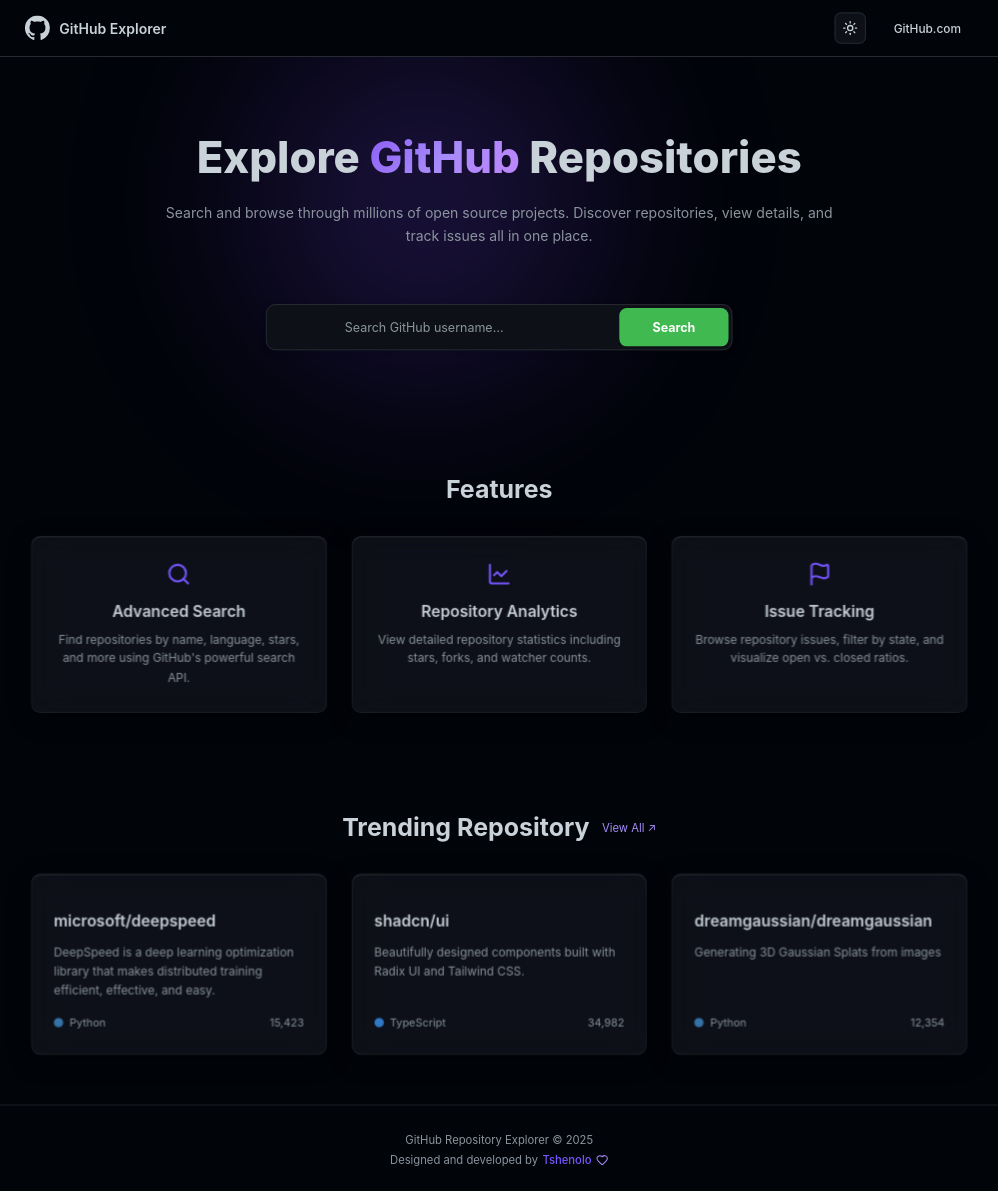
Repository: Tshenolo1994/username-repo
Page: /
An editor plug-in stored every save of this project. The page is shown before and after the next save, followed by the edit.
The browser window is 1280 px wide. The pictures show the whole page, at 78% of full size.
The project was rebuilt for these pictures with package versions that can differ from the ones it lists, and the page was loaded fresh each time. Also part of the build but not shown: vite.config.ts, src/views/RepoView.vue.

Above is the page before, as saved 2025-10-27 10:12:01.

### index.html
<!doctype html>
<html lang="en">
  <head>
    <meta charset="UTF-8" />
    <link rel="icon" type="image/svg+xml" href="/vite.svg" />
    <meta name="viewport" content="width=device-width, initial-scale=1.0" />
    <title>commit-explorer</title>
  </head>
  <body>
    <div id="app"></div>
    <script type="module" src="/src/main.ts"></script>
  </body>
</html>

### src/main.ts
import { createApp } from 'vue'
import { createPinia } from 'pinia'
import App from './App.vue'
import router from './router'
import './styles/theme.css'

createApp(App)
  .use(createPinia())
  .use(router)
  .mount('#app')

### src/App.vue
<!-- App.vue or Layout.vue -->
<script setup>
import Header from '@/components/Header.vue';
import Footer from '@/components/Footer.vue';
</script>

<template>
  <div id="app">
    <Header />
    <main>
      <router-view />
    </main>
    <Footer />
  </div>
</template>

### src/router/index.ts
import { createRouter, createWebHistory } from 'vue-router'
import HomeView from '@/views/HomeView.vue'
import RepoView from '@/views/RepoView.vue'

const router = createRouter({
  history: createWebHistory(),
  routes: [
    { path: '/', name: 'home', component: HomeView },
    { path: '/repos/:username', name: 'repos', component: RepoView, props: true },
  ],
  scrollBehavior: () => ({ top: 0 }),
})

export default router

### src/styles/theme.css
:root {

    --bg: #010409;
    --bg-elev: #0d1117;
    --border: #30363d;
    --text: #c9d1d9;
    --muted: #8b949e;
    --button-bg: #161b22;
    --button-accent: #3fb950;
    --link: #7656FE;
    --error-text: #ff7b72;
    --error-bg: rgba(248, 81, 73, 0.1);
    --empty-state-bg: rgba(13, 17, 23, 0.5);
  }

  html, body, #app {
    margin: 0;
    padding: 0;
    background: var(--bg);
    color: var(--text);
    font-family: 'Inter', system-ui, -apple-system, BlinkMacSystemFont, 'Segoe UI', sans-serif;
    transition: background 0.3s ease, color 0.3s ease;
  }

  * {
    box-sizing: border-box;
  }

  h1, h2, h3, h4, h5, h6 {
    line-height: 1.2;
    margin: 0;
  }

  p {
    margin: 0.25rem 0 0;
  }

  a {
    color: var(--link);
    text-decoration: none;
  }

  button {
    font-family: inherit;
    border: none;
    outline: none;
  }

  input, textarea, select {
    font-family: inherit;
  }

  .card {
    background: var(--bg-elev);
    border: 1px solid var(--border);
    border-radius: 0.75rem;
    padding: 1rem;
    box-shadow: 0 1px 2px rgba(0, 0, 0, 0.15);
  }

### src/components/Header.vue
<script setup lang="ts">
import { Sun, Moon } from 'lucide-vue-next';
import { useTheme } from '@/composables/useTheme';

const { isDark, toggleTheme } = useTheme();
</script>

<template>
  <header class="header">
    <div class="header-content">
      <div class="logo">
        <svg width="32" height="32" viewBox="0 0 16 16" fill="currentColor">
          <path d="M8 0C3.58 0 0 3.58 0 8c0 3.54 2.29 6.53 5.47 7.59.4.07.55-.17.55-.38 0-.19-.01-.82-.01-1.49-2.01.37-2.53-.49-2.69-.94-.09-.23-.48-.94-.82-1.13-.28-.15-.68-.52-.01-.53.63-.01 1.08.58 1.23.82.72 1.21 1.87.87 2.33.66.07-.52.28-.87.51-1.07-1.78-.2-3.64-.89-3.64-3.95 0-.87.31-1.59.82-2.15-.08-.2-.36-1.02.08-2.12 0 0 .67-.21 2.2.82.64-.18 1.32-.27 2-.27.68 0 1.36.09 2 .27 1.53-1.04 2.2-.82 2.2-.82.44 1.1.16 1.92.08 2.12.51.56.82 1.27.82 2.15 0 3.07-1.87 3.75-3.65 3.95.29.25.54.73.54 1.48 0 1.07-.01 1.93-.01 2.2 0 .21.15.46.55.38A8.013 8.013 0 0016 8c0-4.42-3.58-8-8-8z"/>
        </svg>
        <span class="logo-text">GitHub Explorer</span>
      </div>

      <nav class="nav">
        <button @click="toggleTheme" class="theme-toggle" :aria-label="isDark ? 'Switch to light mode' : 'Switch to dark mode'">
          <Sun v-if="isDark" :size="20" />
          <Moon v-else :size="20" />
        </button>
        <a href="https://github.com" target="_blank" rel="noreferrer" class="github-link">
          GitHub.com
        </a>
      </nav>
    </div>
  </header>
</template>

<style scoped>
.header {
  background: var(--bg);
  border-bottom: 1px solid var(--border);
  padding: 1rem 2rem;
  position: sticky;
  top: 0;
  z-index: 100;
  backdrop-filter: blur(8px);
  transition: background 0.3s, border-color 0.3s;
}

.header-content {
  max-width: 1400px;
  margin: 0 auto;
  display: flex;
  justify-content: space-between;
  align-items: center;
}

.logo {
  display: flex;
  align-items: center;
  gap: 0.75rem;
  color: var(--text);
  font-weight: 600;
  font-size: 1.125rem;
  cursor: pointer;
  transition: color 0.2s;
}

.logo:hover {
  color: var(--link);
}

.logo svg {
  flex-shrink: 0;
}

.logo-text {
  font-weight: 600;
}

.nav {
  display: flex;
  align-items: center;
  gap: 1.25rem;
}

.theme-toggle {
  background: var(--bg-elev);
  border: 1px solid var(--border);
  border-radius: 8px;
  width: 40px;
  height: 40px;
  display: flex;
  align-items: center;
  justify-content: center;
  cursor: pointer;
  color: var(--text);
  transition: all 0.2s;
}

.theme-toggle:hover {
  background: var(--border);
  transform: rotate(15deg);
}

.github-link {
  color: var(--text);
  text-decoration: none;
  font-size: 0.95rem;
  font-weight: 500;
  padding: 0.5rem 1rem;
  border-radius: 6px;
  transition: all 0.2s;
}

.github-link:hover {
  color: var(--link);
  background: var(--bg-elev);
}

@media (max-width: 640px) {
  .header {
    padding: 1rem;
  }

  .logo-text {
    display: none;
  }
}
</style>

### src/components/Footer.vue
<script setup lang="ts">
import { Heart } from 'lucide-vue-next';

const currentYear = new Date().getFullYear();
</script>

<template>
  <footer class="footer">
    <div class="footer-content">
      <p class="footer-text">
        GitHub Repository Explorer © {{ currentYear }}
      </p>
      <p class="footer-credits">
        Designed and developed by <a href="#" class="footer-link">Tshenolo</a>
        <Heart :size="16" class="heart-icon" />
      </p>
    </div>
  </footer>
</template>

<style scoped>
.footer {
  background: var(--bg);
  border-top: 1px solid var(--border);
  padding: 2rem;
  margin-top: auto;
  transition: background 0.3s, border-color 0.3s;
}

.footer-content {
  max-width: 1400px;
  margin: 0 auto;
  text-align: center;
}

.footer-text {
  color: var(--muted);
  font-size: 0.9rem;
  margin-bottom: 0.5rem;
}

.footer-credits {
  color: var(--muted);
  font-size: 0.9rem;
  margin: 0;
  display: flex;
  align-items: center;
  justify-content: center;
  gap: 0.35rem;
}

.heart-icon {
  color: #a78bfa;
  fill: none;
}

.footer-link {
  color: var(--link);
  text-decoration: none;
  font-weight: 500;
  transition: opacity 0.2s;
}

.footer-link:hover {
  opacity: 0.8;
}

@media (max-width: 640px) {
  .footer {
    padding: 1.5rem 1rem;
  }

  .footer-text,
  .footer-credits {
    font-size: 0.85rem;
  }
}
</style>

### src/views/HomeView.vue
<script setup lang="ts">
import { ref } from "vue";
import { useRouter } from "vue-router";
import { Search, LineChart, Flag } from "lucide-vue-next";

import SearchBar from '@/components/SearchBar.vue';
const features = ref([
  {
    id: 1,
    icon: Search,
    title: "Advanced Search",
    description: "Find repositories by name, language, stars, and more using GitHub's powerful search API.",
  },
  {
    id: 2,
    icon: LineChart,
    title: "Repository Analytics",
    description: "View detailed repository statistics including stars, forks, and watcher counts.",
  },
  {
    id: 3,
    icon: Flag,
      title: "Issue Tracking",
    description: "Browse repository issues, filter by state, and visualize open vs. closed ratios.",
  },
]);


const trendingRepos = ref([
  {
    id: 1,
    name: "microsoft/deepspeed",
    stars: 15423,
    description:
      "DeepSpeed is a deep learning optimization library that makes distributed training efficient, effective, and easy.",
    language: "Python",
  },
  {
    id: 2,
    name: "shadcn/ui",
    stars: 34982,
    description:
      "Beautifully designed components built with Radix UI and Tailwind CSS.",
    language: "TypeScript",
  },
  {
    id: 3,
    name: "dreamgaussian/dreamgaussian",
    stars: 12354,
    description: "Generating 3D Gaussian Splats from images",
    language: "Python",
  },
]);

const router = useRouter();
const username = ref("");

function search() {
  if (username.value.trim()) {
    router.push(`/repos/${username.value.trim()}`);
  }
}

function getLangColor(lang: string): string {
  const colors: Record<string, string> = {
    JavaScript: "#f1e05a",
    TypeScript: "#3178c6",
    Python: "#3572A5",
    Java: "#b07219",
    Go: "#00ADD8",
    Ruby: "#701516",
  };
  return colors[lang] || "#6e7681";
}
</script>

<template>
  <div class="home-page">
    <div class="gradient-ball"></div>

    <section class="hero">
      <div class="hero-content">
        <h1 class="hero-title">
          Explore <span class="gradient-text">GitHub</span> Repositories
        </h1>
        <p class="hero-sub">
          Search and browse through millions of open source projects. Discover
          repositories, view details, and track issues all in one place.
        </p>

        <div class="search-box">
            <div class="search-wrapper">
        <SearchBar />
      </div>
        </div>
      </div>
    </section>

    <!-- Features -->
    <section class="section">
      <div class="section-header">
        <h2>Features</h2>
      </div>

      <div class="grid">
        <div
          v-for="feature in features"
          :key="feature.id"
          class="card glass"
        >
          <component :is="feature.icon" class="icon" :size="32" />
          <h3>{{ feature.title }}</h3>
          <p>{{ feature.description }}</p>
        </div>
      </div>
    </section>

    <!-- Trending -->
    <section class="section">
      <div class="section-header">
        <h2>Trending Repository</h2>
        <a
          href="https://github.com/trending"
          target="_blank"
          rel="noreferrer"
          class="view-all"
        >
          View All ↗
        </a>
      </div>

      <div class="grid">
        <div
          v-for="repo in trendingRepos"
          :key="repo.id"
          class="card glass repo-card"
        >
          <h3 class="repo-name">{{ repo.name }}</h3>
          <p class="repo-desc">{{ repo.description }}</p>
          <div class="repo-meta">
            <div class="lang">
              <span
                class="dot"
                :style="{ backgroundColor: getLangColor(repo.language) }"
              ></span>
              <span>{{ repo.language }}</span>
            </div>
            <div class="stars">
              <svg
                class="star"
                fill="currentColor"
                viewBox="0 0 16 16"
              >
                <path
                  d="M8 .25a.75.75 0 01.673.418l1.882 3.815 4.21.612a.75.75 0 01.416 1.279l-3.046 2.97.719 4.192a.75.75 0 01-1.088.791L8 12.347l-3.766 1.98a.75.75 0 01-1.088-.79l.72-4.194L.818 6.374a.75.75 0 01.416-1.28l4.21-.611L7.327.668A.75.75 0 018 .25z"
                />
              </svg>
              {{ repo.stars.toLocaleString() }}
            </div>
          </div>
        </div>
      </div>
    </section>
  </div>
</template>

<style scoped>
.home-page {
  background: var(--bg);
  color: var(--text);
  min-height: 100vh;
  width: 100%;
  overflow-x: hidden;
  position: relative;
  transition: background 0.3s, color 0.3s;
}

.gradient-ball {
  position: absolute;
  top: -100px;
  left: 50%;
  transform: translateX(-50%);
  width: 600px;
  height: 600px;
  border-radius: 50%;
  background: radial-gradient(circle at center, var(--link) 0%, rgba(124, 58, 237, 0.6) 30%, transparent 70%);
  opacity: 0.3;
  filter: blur(100px);
  z-index: 0;
  animation: float 15s ease-in-out infinite;
  transition: background 0.3s;
}

@keyframes float {
  0% {
    transform: translate(-50%, 0) scale(1);
  }
  25% {
    transform: translate(-80%, -40px) scale(1.2);
  }
  50% {
    transform: translate(-20%, 80px) scale(0.85);
  }
  75% {
    transform: translate(-70%, 30px) scale(1.15);
  }
  100% {
    transform: translate(-50%, 0) scale(1);
  }
}

/* Hero Section */
.hero {
  padding: 6rem 2rem 4rem;
  position: relative;
  z-index: 10;
}

.hero-content {
  max-width: 900px;
  margin: 0 auto;
  text-align: center;
}

.hero-title {
  font-size: 3.5rem;
  font-weight: 800;
  margin-bottom: 1.5rem;
  line-height: 1.2;
}

.gradient-text {
  background: linear-gradient(135deg, #8b5cf6 0%, #a78bfa 50%, #c084fc 100%);
  -webkit-background-clip: text;
  -webkit-text-fill-color: transparent;
  background-clip: text;
}

.hero-sub {
  color: var(--muted);
  font-size: 1.125rem;
  margin-bottom: 2.5rem;
  line-height: 1.6;
}

.search-box {
  display: flex;
  justify-content: center;
  gap: 0.75rem;
  max-width: 600px;
  margin: 0 auto;
}

.search-input {
  padding: 0.875rem 1.25rem;
  border-radius: 8px;
  flex: 1;
  background: var(--bg-elev);
  color: var(--text);
  border: 1px solid var(--border);
  font-size: 0.95rem;
  transition: all 0.2s;
}

.search-input:focus {
  outline: none;
  border-color: var(--link);
  background: var(--bg-elev);
}

.search-input::placeholder {
  color: var(--muted);
}

.search-btn {
  background: var(--button-accent);
  color: white;
  padding: 0.875rem 2rem;
  border-radius: 8px;
  font-weight: 600;
  cursor: pointer;
  border: none;
  font-size: 0.95rem;
  transition: all 0.2s;
}

/* .search-btn:hover {
  background: #2ea043;
  transform: translateY(-1px);
} */

/* Shared Section Styling */
.section {
  padding: 4rem 2rem;
  position: relative;
  z-index: 10;
}

.section-header {
  display: flex;
  align-items: center;
  justify-content: center;
  gap: 1rem;
  margin-bottom: 2.5rem;
}

.section-header h2 {
  font-size: 2rem;
  font-weight: 700;
  color: var(--text);
}

.view-all {
  color: #a78bfa;
  font-size: 0.9rem;
  text-decoration: none;
  display: flex;
  align-items: center;
  gap: 0.25rem;
  transition: all 0.2s;
}

.view-all:hover {
  color: #c084fc;
  transform: translateX(2px);
}

/* Grid + Cards */
.grid {
  display: grid;
  grid-template-columns: repeat(3, 1fr);
  gap: 2rem;
  max-width: 1200px;
  margin: 0 auto;
}

@media (max-width: 980px) {
  .grid {
    grid-template-columns: 1fr;
  }
  .hero-title {
    font-size: 2.5rem;
  }
}

.card {
  padding: 2rem 1.75rem;
  border-radius: 12px;
  text-align: center;
  transition: all 0.3s ease;
}

.card:hover {
  transform: translateY(-6px);
}

/* Glass look */
.glass {
  background: rgba(255, 255, 255, 0.05);
  border: 1px solid rgba(255, 255, 255, 0.1);
  backdrop-filter: blur(20px) saturate(180%);
  box-shadow: 0 8px 32px rgba(0, 0, 0, 0.4),
              inset 0 1px 0 rgba(255, 255, 255, 0.1);
  transition: all 0.3s ease;
}

[data-theme="light"] .glass {
  background: rgba(255, 255, 255, 0.7);
  border: 1px solid rgba(255, 255, 255, 0.3);
  backdrop-filter: blur(20px) saturate(180%);
  box-shadow: 0 8px 32px rgba(0, 0, 0, 0.1),
              inset 0 1px 0 rgba(255, 255, 255, 0.5);
}

.glass:hover {
  background: rgba(255, 255, 255, 0.08);
  border: 1px solid rgba(255, 255, 255, 0.15);
  box-shadow: 0 12px 40px rgba(0, 0, 0, 0.5),
              inset 0 1px 0 rgba(255, 255, 255, 0.15);
}

[data-theme="light"] .glass:hover {
  background: rgba(255, 255, 255, 0.85);
  border: 1px solid rgba(255, 255, 255, 0.4);
  box-shadow: 0 12px 40px rgba(0, 0, 0, 0.15),
              inset 0 1px 0 rgba(255, 255, 255, 0.6);
}

.card h3 {
  font-size: 1.25rem;
  font-weight: 600;
  margin: 1rem 0 0.75rem;
  color: var(--text);
}

.card p {
  color: var(--muted);
  font-size: 0.95rem;
  line-height: 1.6;
}

.icon {
  color: var(--link);
  margin: 0 auto;
}

/* Trending Repo cards */
.repo-card {
  text-align: left;
  display: flex;
  flex-direction: column;
}

.repo-name {
  color: var(--link);
  font-weight: 600;
  font-size: 1.1rem;
  margin: 0 0 0.75rem 0;
  transition: color 0.2s;
  min-height: 1.5rem;
}

.repo-card:hover .repo-name {
  color: var(--link);
  opacity: 0.8;
}

.repo-desc {
  color: var(--muted);
  font-size: 0.9rem;
  margin-bottom: 1.25rem;
  line-height: 1.5;
  flex: 1;
  min-height: 3rem;
}

.repo-meta {
  display: flex;
  justify-content: space-between;
  align-items: center;
  font-size: 0.875rem;
  color: var(--muted);
  margin-top: auto;
}

.lang {
  display: flex;
  align-items: center;
}

.dot {
  display: inline-block;
  width: 12px;
  height: 12px;
  border-radius: 50%;
  margin-right: 0.5rem;
}

.stars {
  display: flex;
  align-items: center;
  gap: 0.35rem;
}
F
.star {
  width: 16px;
  height: 16px;
  color: #fbbf24;
}
</style>

### src/composables/useTheme.ts
import { ref, onMounted, watch } from 'vue';

export const darkTheme = {
  background: '#010409',
  surface: '#0d1117',
  border: '#30363d',
  text: '#c9d1d9',
  secondaryText: '#8b949e',
  buttonBg: '#161b22',
  buttonAccent: '#3fb950',
  linkColor: '#7656FE',
  errorText: '#ff7b72',
  errorBackground: 'rgba(248, 81, 73, 0.1)',
  emptyStateBackground: 'rgba(13, 17, 23, 0.5)',
};

export const lightTheme = {
  background: '#f6f6f6',
  surface: '#fbfefb',
  border: '#d0d7de',
  text: '#24292f',
  secondaryText: '#57606a',
  buttonBg: '#f6f8fa',
  buttonAccent: '#3fb950',
  linkColor: '#7656FE',
  errorText: '#cf222e',
  errorBackground: 'rgba(248, 81, 73, 0.05)',
  emptyStateBackground: 'rgba(246, 248, 250, 0.5)',
};

type Theme = typeof darkTheme;

const isDark = ref(true);

export function useTheme() {
  const theme = ref<Theme>(darkTheme);

  const applyTheme = (themeObj: Theme) => {
    const root = document.documentElement;
    root.style.setProperty('--bg', themeObj.background);
    root.style.setProperty('--bg-elev', themeObj.surface);
    root.style.setProperty('--border', themeObj.border);
    root.style.setProperty('--text', themeObj.text);
    root.style.setProperty('--muted', themeObj.secondaryText);
    root.style.setProperty('--button-bg', themeObj.buttonBg);
    root.style.setProperty('--button-accent', themeObj.buttonAccent);
    root.style.setProperty('--link', themeObj.linkColor);
    root.style.setProperty('--error-text', themeObj.errorText);
    root.style.setProperty('--error-bg', themeObj.errorBackground);
    root.style.setProperty('--empty-state-bg', themeObj.emptyStateBackground);
  };

  const toggleTheme = () => {
    isDark.value = !isDark.value;
    theme.value = isDark.value ? darkTheme : lightTheme;
    applyTheme(theme.value);
    localStorage.setItem('theme', isDark.value ? 'dark' : 'light');
  };

  const initTheme = () => {
    const savedTheme = localStorage.getItem('theme');
    if (savedTheme) {
      isDark.value = savedTheme == 'dark';
    } else {
      isDark.value = true;
    }
    theme.value = isDark.value ? darkTheme : lightTheme;
    applyTheme(theme.value);
  };

  onMounted(() => {
    initTheme();
  });

  return {
    isDark,
    theme,
    toggleTheme,
  };
}

### src/components/SearchBar.vue
<script setup lang="ts">
import { ref } from "vue";
import { useRouter } from "vue-router";

const router = useRouter();
const username = ref("");
const validationError = ref("");

const searchUser = () => {
    validationError.value = "";

    if (!username.value.trim()) {
        validationError.value = "Please enter a username";
        return;
    }

    const usernamePattern = /^[a-zA-Z0-9-]+$/;
    if (!usernamePattern.test(username.value)) {
        validationError.value =
            "Username can only contain letters, numbers, and hyphens";
        return;
    }

    const user = username.value.trim();
    router.push(`/repos/${user}`);
    username.value = "";
};
</script>

<template>
    <div class="search">
        <form @submit.prevent="searchUser" class="search__form">
            <input v-model="username" placeholder="Search GitHub username…" class="search__input" required />
            <button type="submit" class="search__btn">Search</button>
        </form>
        <p v-if="validationError" class="search__error">{{ validationError }}</p>
    </div>
</template>

<style scoped>
.search {
    width: 100%;
    display: flex;
    justify-content: center;
    padding: 0 1rem;
    margin: 2rem 0;
}

.search__form {
    display: flex;
    align-items: center;
    gap: 0.5rem;
    width: min(100%, 1280px);
    background: var(--bg-elev);
    border: 1px solid var(--border);
    border-radius: 0.75rem;
    padding: 0.25rem;
    box-shadow: 0 2px 10px rgba(0, 0, 0, 0.18);
    flex-wrap: nowrap;
}

.search__input {
    flex: 999 1 0;
    min-width: 0;
    background: transparent;
    border: none;
    color: var(--text);
    font-size: 1rem;
    padding: 0.9rem 6rem;
    border-radius: 0.6rem;
    outline: none;
}

.search__input::placeholder {
    color: var(--muted);
}

.search__input:focus {
    box-shadow: inset 0 0 0 1px var(--border);
}

.search__btn {
    flex: 0 0 auto;
    min-width: 140px;
    background: var(--button-accent);
    color: #fff;
    padding: 0.9rem 1.25rem;
    font-weight: 700;
    border-radius: 0.6rem;
    font-size: 1rem;
    border: none;
    cursor: pointer;
    transition: filter 0.15s ease;
}

.search__btn:hover {
    filter: brightness(0.95);
}

.search__error {
    color: var(--error-text);
    background: var(--error-bg);
    padding: 0.55rem 0.8rem;
    border-radius: 0.6rem;
    font-size: 0.9rem;
    margin-top: 0.6rem;
    width: min(100%, 1280px);
    text-align: center;
}

@media (max-width: 640px) {
    .search__form {
        flex-direction: column;
        align-items: stretch;
        padding: 0.5rem;
    }

    .search__btn {
        width: 100%;
        min-width: 0;
    }
}
</style>

After the next save:
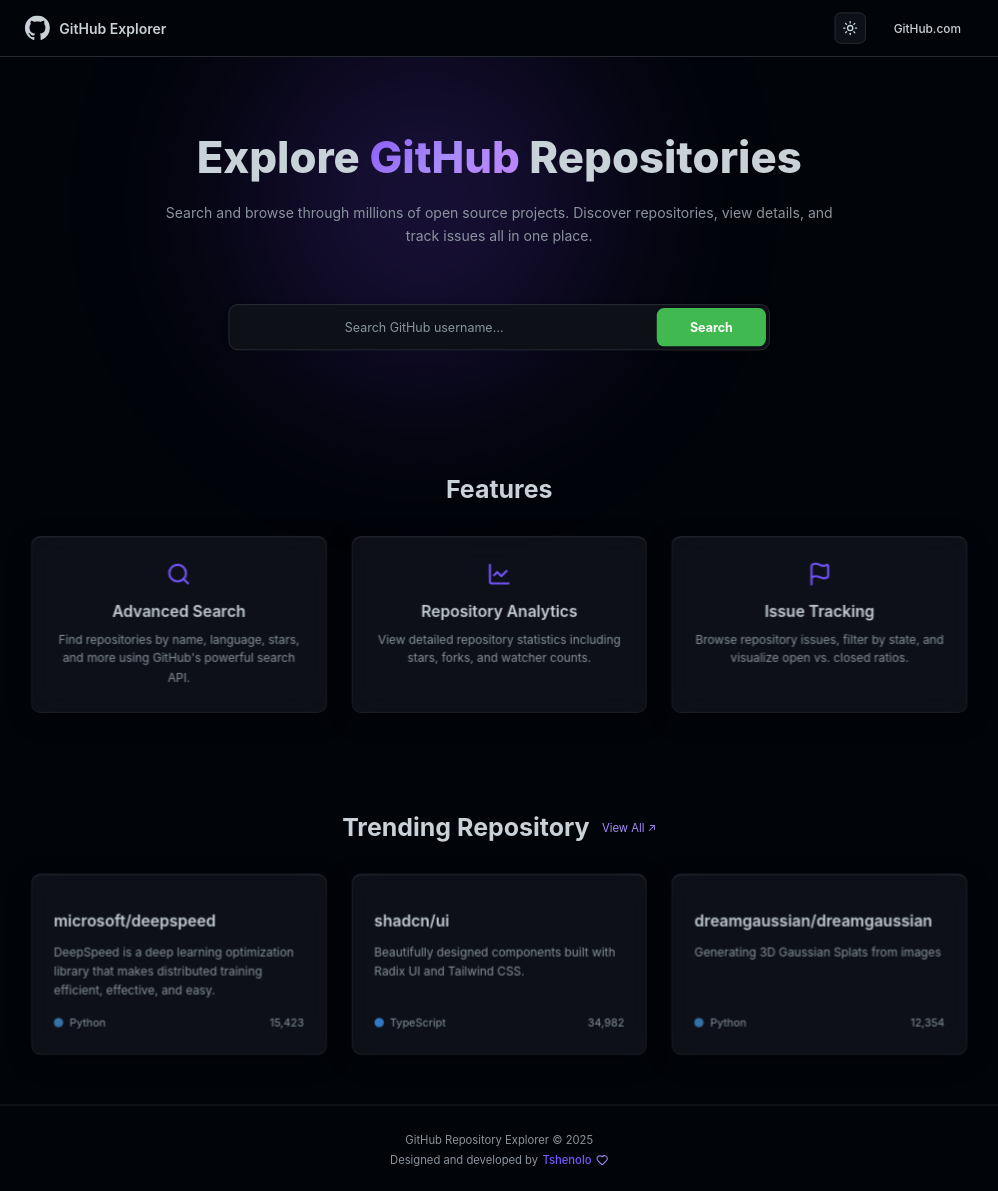
Saved 6 s later.
--- a/src/components/SearchBar.vue
+++ b/src/components/SearchBar.vue
@@ -66,7 +66,7 @@
     border: none;
     color: var(--text);
     font-size: 1rem;
-    padding: 0.9rem 6rem;
+    padding: 0.9rem 9rem;
     border-radius: 0.6rem;
     outline: none;
 }
